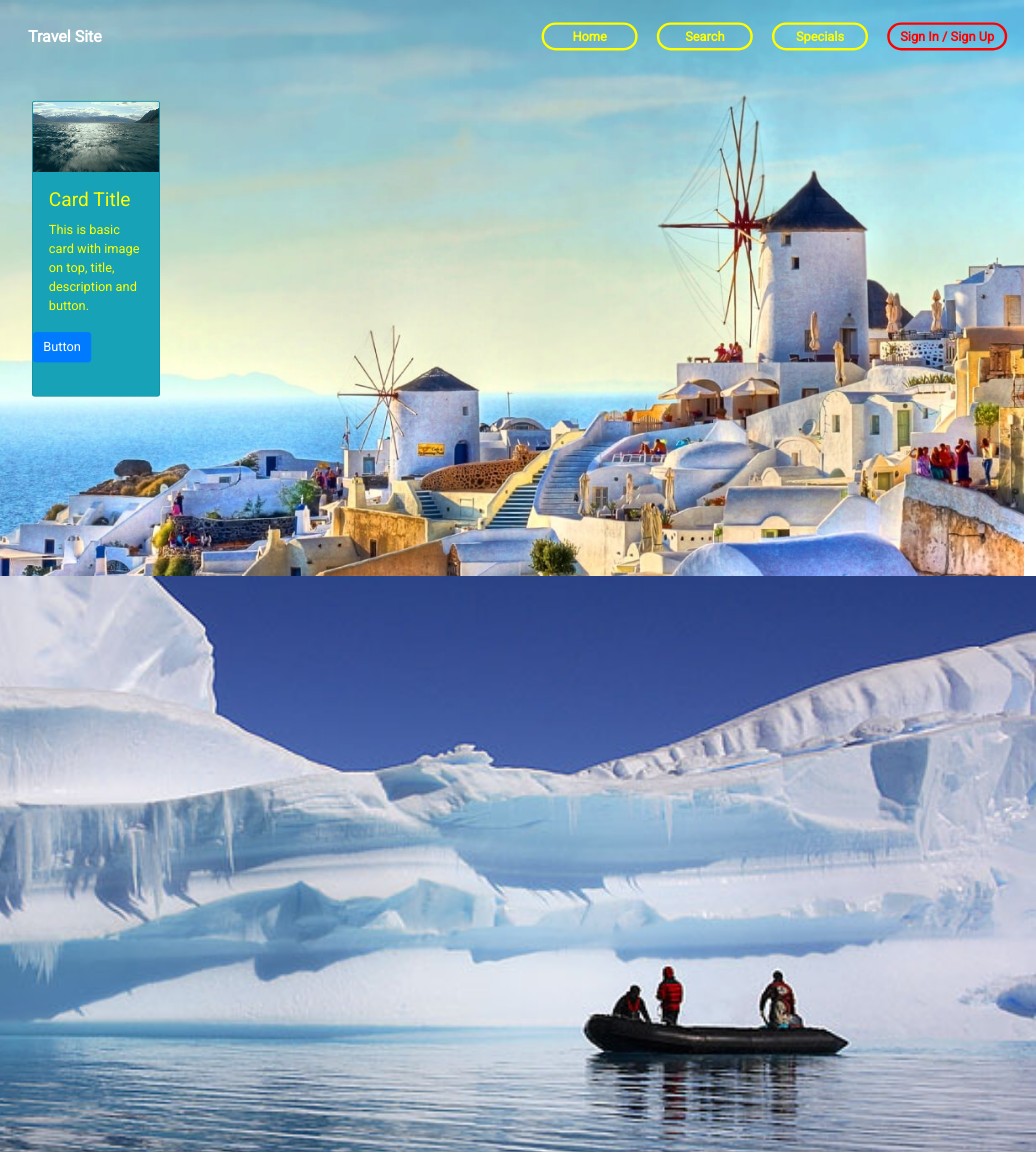
Repository: wpelizzoni/travel-site
Page: index.html
The author's editor kept a record of every edit. The page is drawn from the files as they stood at one moment, then again after the next edit.
The browser window is 1280 px wide. The page is 1295 px wide, so the pictures cover 1295 px, including what lies to the right of the window. The pictures show the whole page, at 80% of full size.

Above is the page before.

### index.html
<!DOCTYPE html>
<html lang="en">

<head>
    <meta charset="UTF-8">
    <meta name="viewport" content="width=device-width, initial-scale=1.0">
    <meta http-equiv="X-UA-Compatible" content="ie=edge">


    <link rel="stylesheet" href="https://stackpath.bootstrapcdn.com/bootstrap/4.3.1/css/bootstrap.min.css" type="text/css" />
    <link rel="stylesheet" href="https://stackpath.bootstrapcdn.com/font-awesome/4.7.0/css/font-awesome.min.css" type="text/css" />
    <link href='https://fonts.googleapis.com/css?family=Roboto' rel='stylesheet' type='text/css'>


    <link rel="stylesheet" href="assets/css/style.css" type="text/css" />

    <title>Document</title>
</head>

<body>
    <div class="container-fluid">

        <section>

            <div class="row header-desktop-row-page1 d-none d-md-block">
                <div class="col-12 header-desktop-column">
                </div>
            </div>

            <div class="row header-phones-row d-block d-md-none">
                <div class="col-12 header-phones-column">
                </div>
            </div>

            <div class="d-block d-md-none">
                <nav class="navbar navbar-expand-sm navbar-dark">
                    <!-- We can move the hamburger to the right of the screen by putting it after the button declaration. This will move the brand to the left.  -->

                    <button class="navbar-toggler" type="button" data-toggle="collapse" data-target="#nav-content" aria-controls="nav-content" aria-expanded="false" aria-label="Toggle navigation">
                    <span class="navbar-toggler-icon"></span>
                </button>
                    <a class="navbar-brand" href="/">Travel Site</a>
                    <div class="collapse navbar-collapse" id="nav-content">

                        <ul class="navbar-nav ml-auto">

                            <li class="active nav-item mr-2 "><a class="nav-link" href="/ ">Home</a></li>
                            <li class="nav-item mr-2 "><a class="nav-link " href="/Search ">Search</a></li>
                            <li class="nav-item mr-2 "><a class="nav-link " href="/Specials ">Specials</a></li>
                            <li class="nav-item mr-2 d-block d-sm-none "><a class="nav-link " href="/login ">Sign In / Sign Up</a></li>
                        </ul>
                    </div>
                </nav>
            </div>

            <div class="d-none d-md-block">
                <nav class="navbar navbar-expand-sm navbar-dark">
                    <a class="navbar-brand" href="/">Travel Site</a>
                    <ul class="navbar-nav ml-auto">

                        <li class="active nav-item mr-2 "><a class="nav-link page-scroll" href="/ "><button id="button_effects1" class="btn--features">Home</button></a></li>
                        <li class="nav-item mr-2 "><a class="nav-link page-scroll" href="#search"><button id="button_effects2" class="btn--features">Search</button> </a></li>
                        <li class="nav-item mr-2 "><a class="nav-link page-scroll" href="#specials"><button id="button_effects3" class="btn--features">Specials</button></a></li>
                        <li class="nav-item mr-2 "><a class="nav-link page-scroll" href="/login "><button id="button_effects4" class="btn--features--red">Sign In / Sign Up</button></a></li>
                    </ul>
                </nav>
            </div>



            <div class="specials specials-features d-block d-md-none">
                <h2>Check our weekly specials</h2>
                <p id="par1" class='specials-p'>
                    Fly to New Zealand on a 10-day vacation for $999.00
                </p>
            </div>

            <div class="card specials-features text-white bg-info mb-3 d-none d-md-block" style=" width:10rem ">
                <div id="card1" class=" ">
                    <img class="card-img-top img-fluid " src="assets/images/water-traverse.gif " alt="card image ">
                    <div class="card-body text-left ">
                        <h4 class="card-title ">Card Title</h4>
                        <p class="card-text ">This is basic card with image on top, title, description and button.</p>
                    </div>
                </div>

                <div id="card2" class=" ">
                    <h2>Seasonal Special</h2>
                    <p>Around the world airfares including three stops for $1,999 </p>
                </div>
                <a href="# "></a> <button id="button_effects9" class="btn btn-primary ">Button</a>
            </div>

    </section>
</div>

    <!-- <section id="specials ">
            <div class="container specials-row ">
                <div class="row " id='specials'>
                    <h2>Check our weekly specials</h2>
                    <p id="par1 " class='specials-p'>
                        Fly to New Zealand on a 10-day vacation for $999.00
                    </p>
                </div>
            </div>
        </section>
        -->
<div>


    <section id="search ">

        <div class="row header-desktop-row-page2 d-none d-md-block ">
            <div class="col-12 header-desktop-column ">
            </div>
        </div>

        <div class="row header-phones-row d-block d-md-none ">
            <div class="col-12 header-phones-column ">
            </div>
        </div>

        <!--
            <div class="d-none d-md-block ">
                <nav class="navbar navbar-expand-sm navbar-dark ">
                    <a class="navbar-brand " href="/ ">Travel Site</a>
                    <ul class="navbar-nav ml-auto ">

                        <li class="nav-item mr-2 "><a class="nav-link page-scroll " href="/ "><button id="button_effects1 " class="btn--features ">Home</button></a>
                </li>
                <li class="active nav-item mr-2 "><a class="nav-link page-scroll " href="#search "><button id="button_effects2 " class="btn--features ">Search</button> </a></li>
                <li class="nav-item mr-2 "><a class="nav-link page-scroll " href="#specials "><button id="button_effects3 " class="btn--features ">Specials</button></a></li>
                <li class="nav-item mr-2 "><a class="nav-link page-scroll " href="/login "><button id="button_effects4 " class="btn--features--red ">Sign In / Sign Up</button></a></li>
                </ul>
                </nav>
            </div>

            <div class="d-none d-md-block ">
                <nav class="navbar navbar-expand-sm navbar-dark ">
                    <a class="navbar-brand " href="/ ">Travel Site</a>
                    <ul class="ml-auto ">

                        <li class="nav-item mr-2 "><a class="nav-link page-scroll " href="/ "><button id="button_effects5 " class="btn--features ">Home</button></a></li>
                        <li class="active nav-item mr-2 "><a class="nav-link page-scroll " href="#search "><button id="button_effects6 " class="btn--features ">Search</button> </a></li>
                        <li class="nav-item mr-2 "><a class="nav-link page-scroll " href="#specials "><button id="button_effects7 " class="btn--features ">Specials</button></a></li>
                        <li class="nav-item mr-2 "><a class="nav-link page-scroll " href="/login "><button id="button_effects8 " class="btn--features--red ">Sign In / Sign Up</button></a></li>
                    </ul>
                </nav>
            </div>
            -->
            <div class="container search-row ">
                <div class="row " id='search'>

                </div>
            </div>
    </div>
    </section>
    </div>

    </div>
    <script src="https://code.jquery.com/jquery-3.3.1.slim.min.js " integrity="sha384-q8i/X+965DzO0rT7abK41JStQIAqVgRVzpbzo5smXKp4YfRvH+8abtTE1Pi6jizo " crossorigin="anonymous "></script>
    <script src="https://cdnjs.cloudflare.com/ajax/libs/popper.js/1.14.7/umd/popper.min.js " integrity="sha384-UO2eT0CpHqdSJQ6hJty5KVphtPhzWj9WO1clHTMGa3JDZwrnQq4sF86dIHNDz0W1 " crossorigin="anonymous "></script>
    <!-- Paste Bootstrap Javascript link here -->
    <script src="https://stackpath.bootstrapcdn.com/bootstrap/4.3.1/js/bootstrap.min.js " integrity="sha384-JjSmVgyd0p3pXB1rRibZUAYoIIy6OrQ6VrjIEaFf/nJGzIxFDsf4x0xIM+B07jRM " crossorigin="anonymous "></script>

    <script type="text/javascript " src="js/jquery-3.4.1.js "></script>
    <script type="text/javascript " src="js/my_script.js "></script>
</body>

</html>

### assets/css/style.css
body {
    font-family: 'Roboto', sans-serif;
}

.navalert-container {
    position: absolute;
    top: 0;
    left: 0;
    padding-left: 0;
    padding-right: 0;
    z-index: 1;
}

.navbar {
    position: absolute;
    padding: 20px;
    top: 0;
    margin-bottom: 0;
    border: 0;
    width: 100%;
    /* background-color: rgba(0, 0, 0, 0.25); */
    float: right;
    margin-right: 0px;
    clear: left;
}

.navbar .navbar-default {
    border: 0px;
    box-shadow: none;
    -webkit-box-shadow: none;
    border-width: 0;
    padding: 0;
    margin: 0;
}

.navbar-nav {
    border: 0px !important;
    padding: 0;
    margin: 0;
}

.navbar .navbar-toggler .navbar-inner {
    border: none;
    border-radius: 0;
    padding: 0;
}

.navbar-brand {
    font-weight: bold;
}

.nav-right {
    float: right;
}

.btn--features {
    background-color: transparent;
    font-weight: bold;
    height: 35px;
    color: yellow;
    border: solid;
    border-color: yellow;
    border-radius: 23px;
    width: 120px;
    text-align: center;
    text-decoration: none;
}

.btn--features--red {
    background-color: transparent;
    font-weight: bold;
    height: 35px;
    color: red;
    border: solid;
    border-color: red;
    border-radius: 23px;
    width: 150px;
    text-align: center;
    text-decoration: none;
}

.header-desktop-row-page1 {
    background: url("../images/near-east.jpg");
    background-position: relative;
    background-repeat: no-repeat top left fixed ;
    background-size: cover;
    height: 100vh;
    min-height: 360px;
    top: 0;
    left: 0;
    -webkit-background-size: cover;	/* works on WebKit browsers */
     -moz-background-size: cover;	/* works on Mozilla browsers */
     -o-background-size: cover;
    transition: all .5s ease-in-out;
    -moz-transition: all .5s ease-in-out;
    -webkit-transition: all .5s ease-in-out;
    z-index: 0;

}

.header-desktop-row-page2 {
    background: url("../images/antarctica.jpg");
    background-position: relative;
    background-repeat: no-repeat top left fixed ;
    background-size: cover;
    height: 100vh;
    min-height: 360px;
    top: 0;
    left: 0;
    -webkit-background-size: cover;	/* works on WebKit browsers */
     -moz-background-size: cover;	/* works on Mozilla browsers */
     -o-background-size: cover;
    transition: all .5s ease-in-out;
    -moz-transition: all .5s ease-in-out;
    -webkit-transition: all .5s ease-in-out;
}

.header-desktop-column {
    width: 100%;
    padding-left: 0;
    padding-right: 0;
    margin-left: 0;
    margin-right: 0;
}

.header-phones-row {
    background: url("../images/swing.jpg");
    background-position: relative;
    background-repeat: no-repeat top left fixed ;
    background-size: cover;
    height: 100vh;
    min-height: 360px;
    top: 0;
    left: 0;
    color: #ffff00;
    -webkit-background-size: cover;	/* works on WebKit browsers */
     -moz-background-size: cover;	/* works on Mozilla browsers */
     -o-background-size: cover;
    transition: all .5s ease-in-out;
    -moz-transition: all .5s ease-in-out;
    -webkit-transition: all .5s ease-in-out;
}

.header-phones-column {
    width: 100%;
    padding: 0 0px 0px;
    min-height: 360px;
    margin: 0 0px 0px;
    float: none;
}

.card {
    height: 370px;
    width: 240px;
    margin-top: 40px;
    margin-left: 25px;
}

}
.specials-row {
    padding-bottom: 10%;
    font-size: 1.75em;
    line-height: 2;
    color: #fafafa;

}

#specials-p {
    font-size: .8em;
    color: yellow;
}


.specials-features {
    position: absolute;
    top: 12%;
    padding-bottom: 96px;
    color: black;
    z-index: 1;
}

.search {
    background: url("../images/cloud141.jpg");
    background-repeat: no-repeat;
    background-position: left;
    background-size: cover;
    padding-bottom: 100px;
    padding-top: 42px;
    position: relative;
    margin-bottom: 30px;

}

#loader {
  display: block;
  width: 100px;
  height: 100px;
  margin: 0 auto;
}



@media (max-width: 768px) and (min-width: 375px) {
    #search {
        width: 80%;
    }
}

@media (max-width: 992px) {
    .hone-section,
    .search-section,
    .contact-section {
        background-attachment: scroll;
    }
}

@media (min-width: 992px) {
    .search-section {
        background-position: center;
        background-size: cover;
        width: 100vw;
    }
    .contact-section {
        background-position: center;
        background-size: cover;
        width: 100vw;
    }

}

#card1 {
    display: inline flex;
    flex-direction: column;
    flex-grow: 1;
    flex-shrink: 1;
    flex-basis: auto;
    justify-content: center;
    color: yellow;
}

#card2 {
    display: none;
    flex-direction: column;
    flex-grow: 1;
    flex-shrink: 1;
    flex-basis: auto;
    justify-content: center;
    color: yellow;
}

.display-none {
    display: none !important;
}

.display-inline {
    display: inline !important;
}

### js/my_script.js
$(document).ready(function() {
    $("h2").addClass("underline");
    $("ul").addClass("border");


    $("#specials_btn").click(function() {
        $("par1").slideToggle(2000);
    });

    $("#button_effects1").click(function() {
        $('#par1').slideToggle(1000, 0.5);
    });
    $("#button_effects1").click(function() {
        $('#par1').slideToggle(1000, 0.5);
    });
    $("#button_effects3").click(function() {
        $('#par1').slideToggle(1000, 0.5);
    });
    $("#button_effects3").click(function() {
        $('#par1').slideToggle(1000, 0.5);
    });
    $("#button_effects9").click(function() {
        $("#card1").toggleClass("display-none");
        $("#card2").toggleClass("display-inline");
        $(this).text($(this).text() == 'Return' ? 'Specials' : 'Return');
    });


    $("#button_effects1").mouseenter(function() {
        $('#button_effects1').fadeTo(300, 0.5);
    });
    $("#button_effects1").mouseleave(function() {
        $('#button_effects1').fadeTo(300, 1);
    });
    $("#button_effects2").mouseenter(function() {
        $('#button_effects2').fadeTo(300, 0.5);
    });
    $("#button_effects2").mouseleave(function() {
        $('#button_effects2').fadeTo(300, 1);
    });
    $("#button_effects3").mouseenter(function() {
        $('#button_effects3').fadeTo(300, 0.5);
    });
    $("#button_effects3").mouseleave(function() {
        $('#button_effects3').fadeTo(300, 1);
    });
    $("#button_effects4").mouseenter(function() {
        $('#button_effects4').fadeTo(300, 0.5);
    });
    $("#button_effects4").mouseleave(function() {
        $('#button_effects4').fadeTo(300, 1);
    });
    $("#button_effects5").mouseenter(function() {
        $('#button_effects5').fadeTo(300, 0.5);
    });
    $("#button_effects5").mouseleave(function() {
        $('#button_effects5').fadeTo(300, 1);
    });
    $("#button_effects6").mouseenter(function() {
        $('#button_effects6').fadeTo(300, 0.5);
    });
    $("#button_effects6").mouseleave(function() {
        $('#button_effects6').fadeTo(300, 1);
    });
    $("#button_effects7").mouseenter(function() {
        $('#button_effects6').fadeTo(300, 0.5);
    });
    $("#button_effects7").mouseleave(function() {
        $('#button_effects6').fadeTo(300, 1);
    });
    $("#button_effects8").mouseenter(function() {
        $('#button_effects6').fadeTo(300, 0.5);
    });
    $("#button_effects8").mouseleave(function() {
        $('#button_effects8').fadeTo(300, 1);
    });

     $("#button_effects9").mouseenter(function() {
        $('#button_effects9').fadeTo(500, 0.5);
    });
    $("#button_effects9").mouseleave(function() {
        $('#button_effects9').fadeTo(300, 1);
    });
});

Loaded but not shown: js/jquery-3.4.1.js (library)

After the next edit:
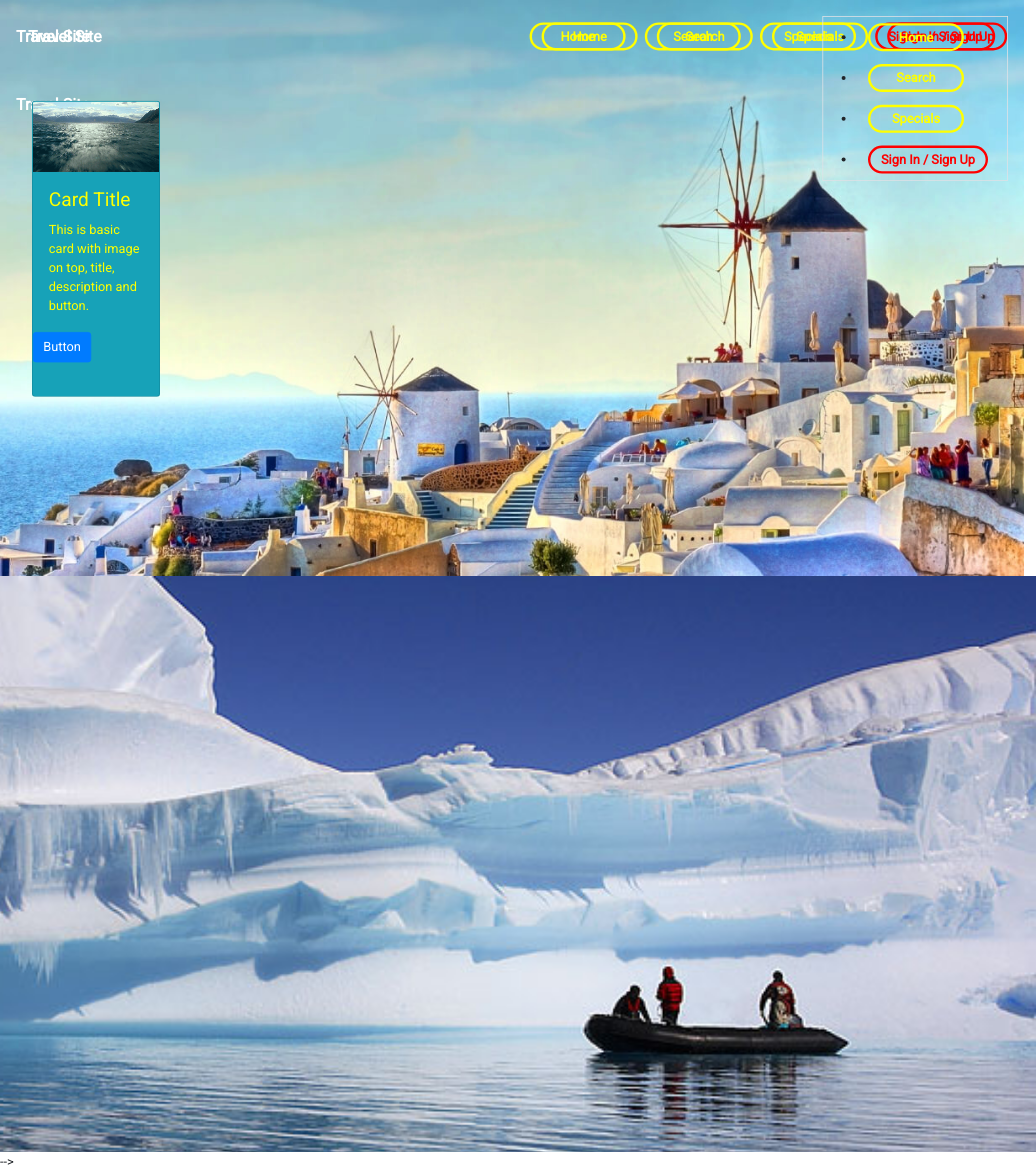
The edit:
--- a/index.html
+++ b/index.html
@@ -120,7 +120,7 @@
             </div>
         </div>
 
-        <!--
+
             <div class="d-none d-md-block ">
                 <nav class="navbar navbar-expand-sm navbar-dark ">
                     <a class="navbar-brand " href="/ ">Travel Site</a>
